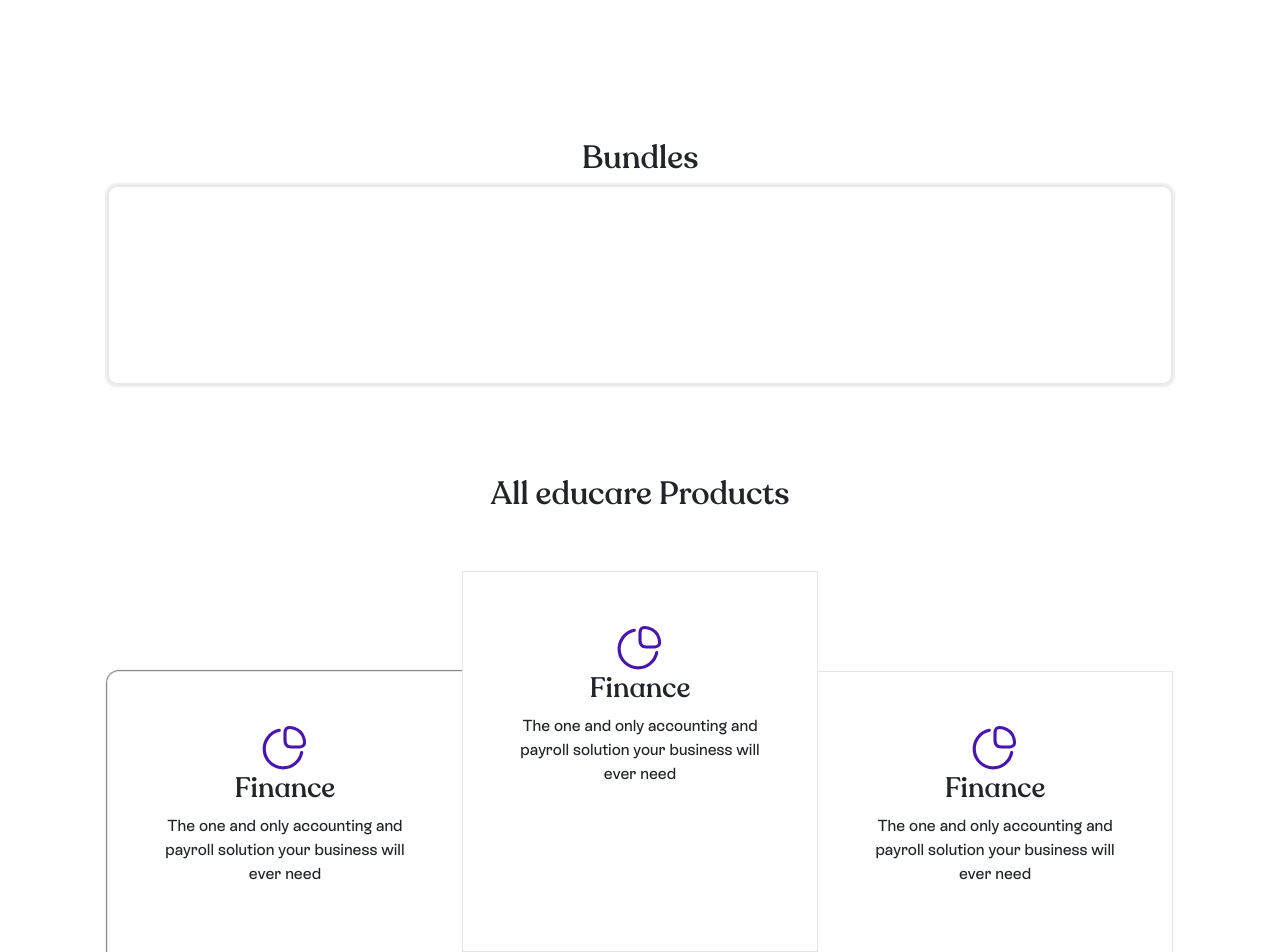
Repository: sarahnnanyelugo/educare-web
Page: /
These files come from the project's save history. The page is drawn as it stood at one moment and after the next save; the edit follows.
The browser window is 1280 px wide. The pictures show the part of the page from y = 2462 to 3414 px (the page is 3414 px tall).
The project was rebuilt for these pictures with package versions that can differ from the ones it lists, and the page was loaded fresh each time.

Above is the page before, as saved 2023-04-05 10:22:58.

### src/App.jsx
import React from "react";
import logo from "./logo.svg";
import "./App.scss";
import "bootstrap/dist/css/bootstrap.min.css";
import { BrowserRouter, Routes, Route, Link, Outlet } from "react-router-dom";
import NavBar from "./components/NavBar/NavBar";
import { Home } from "./pages/Home/Home";

function App() {
  return (
    <>
      {" "}
      <NavBar />
      <Routes>
        <Route path="/" element={<Home />} />
      </Routes>
    </>
  );
}

export default App;

### src/App.scss
@font-face {
  font-family: rebondG;
  src: url(./assets/fonts/Rebond_font/RebondG.otf);
}
@font-face {
  font-family: rebondG-Bold;
  src: url(./assets/fonts/Rebond_font/RebondG-Bold.otf);
}
@font-face {
  font-family: rebondG-Medium;
  src: url(./assets/fonts/Rebond_font/RebondGrotesqueMedium.otf);
}

@font-face {
  font-family: recoMedium;
  src: url(./assets/fonts/Recoleto-font/RecoletaAlt-Medium.ttf);
}

h1,
h2,
h3,
h4,
h5,
h6 {
  font-family: recoMedium;
}
p {
  font-family: rebondG-Medium;
}
@media screen and (min-width: 620px) {
  .flexy {
    display: flex;
  }
}

### src/components/NavBar/NavBar.tsx
import React from "react";
import Logo from "../../assets/images/educare-logo.png";
import { Link, NavLink } from "react-router-dom";
import "./_navbar.scss";

function NavBar() {
  return (
    <div className="navbar-container">
      <div className="logo-holder  ">
        {" "}
        <Link to={"/"}>
          {" "}
          <img className="   logo" src={Logo} alt="Scholar" />
        </Link>
      </div>
      <ul className=" list-inline list-unstyled nav-links-container">
        <li className="list-inline-item">
          <NavLink to={""} className="nav-links">
            Solutions{" "}
            <span>
              <i className="icofont-curved-down"></i>
            </span>
          </NavLink>
        </li>{" "}
        <li className="list-inline-item">
          <NavLink to={""} className="nav-links">
            Resources
          </NavLink>
        </li>{" "}
        <li className="list-inline-item">
          <NavLink to={""} className="nav-links">
            Pricing
          </NavLink>
        </li>{" "}
        <li className="list-inline-item">
          <NavLink to={""} className="nav-links">
            Support
          </NavLink>
        </li>
      </ul>
      <div className="nav-buttons">
        <button className="sign-in-button">Log in</button>
        <button className="get-started-button">Get Started</button>
      </div>
    </div>
  );
}

export default NavBar;

### src/pages/Home/Home.tsx
import React from "react";
import { RandomComponent } from "./RandomComponent/RandomComponent";
import "./_home.scss";
import RedIcon from "../../assets/images/red-dots.svg";
import BlueIcon from "../../assets/images/blue-dots.svg";
import YellowIcon from "../../assets/images/yellow-dots.svg";
import HalfCircle from "../../assets/images/half-circle.svg";
import People from "../../assets/images/people.svg";
import Mail from "../../assets/images/edit.svg";
import People2 from "../../assets/images/people2.svg";
import Pastoral from "../../assets/images/pastoral.svg";
import Chart from "../../assets/images/chart.svg";
import Screen from "../../assets/images/screen.svg";
import Classroom from "../../assets/images/read-book.svg";
import Features from "./Features/Features";
import EducareProducts from "./EducareProducts/EducareProducts";

export const Home = () => {
  return (
    <>
      <div className="col-md-12 modern-solutions-container">
        <center>
          <div className="col-md-6">
            <h1>Modern solution for your Business</h1>
            <p>
              Unlock Your Business’s Potential with Cutting-Edge Software
              Solutions Designed to Streamline Operations, Optimize Performance,
              and Drive Growth.
            </p>
            <button className="gs-button">Get started</button>
            <button className="request-button">Request for a demo</button>
          </div>
        </center>
      </div>
      <div className="col-md-12 actions-container">
        <div className="col-md-4">
          <div className="col-md-9">
            {" "}
            <RandomComponent
              title="Pick your tools"
              icon={RedIcon}
              paragraph=" Unlock Your Business Potential with Cutting-Edge Software  Solutions Designed to Streamline"
            />
          </div>
        </div>
        <div className="col-md-4">
          <div className="col-md-9">
            {" "}
            <RandomComponent
              title="work smart not hard"
              icon={YellowIcon}
              paragraph="Choose from our wide range of tools and select the ones that best fit Your business’s unique needs and goals.”"
            />
          </div>
        </div>
        <div className="col-md-4">
          <div className="col-md-9">
            {" "}
            <RandomComponent
              title="We’ve got your back"
              icon={BlueIcon}
              paragraph="You can count on our support and expertise every step of the way, so you can focus on your business’s growth and success."
            />
          </div>
        </div>
      </div>
      <div className="features-heading">
        <center>
          <h1>Featured Products</h1>
        </center>
      </div>
      <div
        className="col-md-12  flexy features-holder"
        style={{ paddingBottom: "150px" }}
      >
        <div className="col-md-1">&nbsp;</div>
        <div className="col-md-10  features-container flexy">
          <div className="col-md-6 first-container">
            <h3>educare for Business</h3>
            <p>
              Empower your team to work smarter, not harder, with our powerful
              software solution that simplifies complex tasks, frees up time,
              and drives business growth.
            </p>
            <button>Get Started</button>
          </div>
          <div className="col-md-6">
            <div className="col-md-12 flexy">
              {" "}
              <div className="col-md-6 right-features">
                <Features
                  feature="Finance"
                  detail="The one and only accounting and payroll solution your business will ever need"
                  icon={HalfCircle}
                />{" "}
              </div>{" "}
              <div className="col-md-6">
                <Features
                  feature="HR Manager"
                  detail="The one and only accounting and payroll solution your business will ever need"
                  icon={People2}
                />{" "}
              </div>
            </div>
            <div className="col-md-12 flexy second-grid">
              {" "}
              <div className="col-md-6 right-features">
                <Features
                  feature="MailBox"
                  detail="Simplify communication with our powerful mailbox"
                  icon={Mail}
                />{" "}
              </div>{" "}
              <div className="col-md-6">
                <Features
                  feature="Facility Management"
                  detail="Optimize your workforce with our staff management module."
                  icon={People}
                />{" "}
              </div>
            </div>
          </div>
        </div>
      </div>{" "}
      <div className="col-md-12  flexy features-holder2">
        <div className="col-md-1">&nbsp;</div>
        <div className="col-md-10  features-container flexy ">
          <div className="col-md-6 first-container">
            <h3>educare for Business</h3>
            <p>
              Empower your team to work smarter, not harder, with our powerful
              software solution that simplifies complex tasks, frees up time,
              and drives business growth.
            </p>
            <button>Get Started</button>
          </div>
          <div className="col-md-6">
            <div className="col-md-12 flexy">
              {" "}
              <div className="col-md-6 right-features">
                <Features
                  feature="Report"
                  detail="Generate detailed school reports with ease using our user-friendly report."
                  icon={Chart}
                />{" "}
              </div>{" "}
              <div className="col-md-6">
                <Features
                  feature="Pastoral"
                  detail="Enhance your institution’s pastoral care with our innovative software module"
                  icon={Pastoral}
                />{" "}
              </div>
            </div>
            <div className="col-md-12 flexy second-grid">
              {" "}
              <div className="col-md-6 right-features">
                <Features
                  feature="CBT"
                  detail="Revolutionize your testing process with our computer-based test module."
                  icon={Screen}
                />{" "}
              </div>{" "}
              <div className="col-md-6">
                <Features
                  feature="eClassroom"
                  detail="Streamline your HR tasks with our comprehensive HR manager."
                  icon={Classroom}
                />{" "}
              </div>
            </div>
          </div>
        </div>
      </div>
      <center className="mt">
        <h2>Bundles</h2>
      </center>
      <div className="col-md-12 bundles-container flexy">
        <div className="col-md-1">&nbsp;</div>
        <div className="col-md-10 bundles"></div>
      </div>
      <center className="mt9">
        <h2>All educare Products</h2>
      </center>
      <div className="col-md-12 flexy">
        <div className="col-md-1">&nbsp;</div>
        <div className="col-md-10  flexy products-container">
          <div className="col-md-4 first-product-column">
            <EducareProducts
              productName="Finance"
              productDetail="The one and only accounting and payroll solution your business will ever need"
              productIcon={HalfCircle}
            />
          </div>{" "}
          <div className="col-md-4 second-product-column">
            <EducareProducts
              productName="Finance"
              productDetail="The one and only accounting and payroll solution your business will ever need"
              productIcon={HalfCircle}
            />
          </div>
          <div className="col-md-4 third-product-column">
            <EducareProducts
              productName="Finance"
              productDetail="The one and only accounting and payroll solution your business will ever need"
              productIcon={HalfCircle}
            />
          </div>
        </div>
      </div>
    </>
  );
};

### src/components/NavBar/_navbar.scss
@import "../../variables";
@import "../../shared-styles";

.navbar-container {
  background: inherit;
  padding: 5px 80px;
  display: flex;

  .logo-holder {
    flex-grow: 1;
  }
  .nav-links-container {
    flex-grow: 1;
    margin-top: 20px;
    .nav-links {
      margin: 20px;
      color: #6f6f71;
      text-decoration: none;
      font-family: rebondG-Bold;
    }
    li {
      padding: 3px 0px;
      border-radius: 35px;
      transition: 0.5s ease;
      &:hover {
        background: rgb(224, 222, 222) !important;

        border: solid 1px grey;
      }
    }
  }
  .nav-buttons {
    .get-started-button {
      @include get-started-button;
      margin-left: 10px;
      margin-top: 20px;
    }
    .sign-in-button {
      @include login-or-signup-button;
      margin-top: 20px;
    }
  }
}

### src/pages/Home/RandomComponent/RandomComponent.tsx
import React from "react";
import "./_random-component.scss";
export interface RandomComponentProps {
  title: string;
  paragraph: string;
  icon: string;
}
export const RandomComponent = (props: RandomComponentProps) => {
  return (
    <div className="col-md-12 random-container">
      <div className="heading">
        {" "}
        <img className="" src={props.icon} alt="Scholar" width="100%" />
        <h3>{props.title}</h3>
      </div>
      <p>{props.paragraph}</p>
    </div>
  );
};

### src/pages/Home/_home.scss
@import "../../variables";
@import "../../shared-styles";

.modern-solutions-container {
  padding-top: 80px;
  padding-bottom: 150px;
  background: rgb(240, 240, 240);
  background: linear-gradient(
    0deg,
    rgba(240, 240, 240, 1) 51%,
    rgba(255, 255, 255, 1) 67%
  );

  h1 {
    font-family: recoMedium;
  }
  p {
    font-family: rebondG-Medium;
    font-size: 20px;
    margin-top: 15px;
  }
  .gs-button {
    @include get-started-button;
  }
  .request-button {
    @include login-or-signup-button;
    margin-left: 5px;
  }
}
.actions-container {
  background: $lightblue;
  height: fit-content;
  display: flex;
  padding: 80px 100px;
}
.features-heading {
  margin-top: 170px;
  margin-bottom: 90px;
}
.features-container {
  border: solid 2px rgb(234, 232, 232);
  box-shadow: 0 0 2px 2px rgb(238, 235, 235);
  border-radius: 10px !important;
  height: fit-content;
  // margin-top: 20px;
  padding-bottom: 5px;
  padding-top: 5px;
  background: #fff;
  .first-container {
    padding-right: 130px;
    background: #fff;
    padding-left: 30px;
    border-right: solid 1px rgb(206, 205, 205);
    h3 {
      margin-top: 150px;
    }
    p {
      font-size: 19px;
      line-height: 23px;
    }
    button {
      @include get-started-button;
      margin-bottom: 120px;
    }
  }
  .second-grid {
    border-top: solid 1px rgb(231, 228, 228);
    // box-shadow: 0 0 1px 1px rgb(238, 235, 235);
  }
  .right-features {
    // box-shadow: 0 0 1px 1px rgb(238, 235, 235);
    border-right: solid 1px rgb(231, 228, 228);
  }
}
.features-holder {
  background: rgb(240, 240, 240);
  background: linear-gradient(
    0deg,
    rgba(240, 240, 240, 1) 51%,
    rgba(255, 255, 255, 1) 67%
  );
}
.features-holder2 {
  background: rgb(255, 255, 255);
  background: linear-gradient(
    0deg,
    rgba(255, 255, 255, 1) 31%,
    rgba(240, 240, 240, 1) 36%,
    rgba(255, 255, 255, 1) 80%
  );
  padding-bottom: 150px;
}
.bundles {
  border: solid 2px rgb(234, 232, 232);
  box-shadow: 0 0 2px 2px rgb(238, 235, 235);
  border-radius: 10px !important;
  height: 200px;
  // margin-top: 20px;
  padding-bottom: 5px;
  padding-top: 5px;
}
.products-container {
  .first-product-column {
    padding: 50px 40px;
    background: #ffff;
    border-top: solid 1px rgb(233, 229, 229);
    border-left: solid 1px rgb(233, 229, 229);
    margin-top: 150px;
    border-top-left-radius: 12px;
    box-shadow: 0 0 1px 1px grey;
  }
  .second-product-column {
    padding: 50px 40px;
    background: #ffff;
    border: solid 1px rgb(233, 229, 229);

    margin-top: 50px;
  }
  .third-product-column {
    padding: 50px 40px;
    background: #ffff;
    border-top: solid 1px rgb(233, 229, 229);
    border-right: solid 1px rgb(233, 229, 229);
    margin-top: 150px;
  }
}

### src/pages/Home/Features/Features.tsx
import React from "react";
import "./_features.scss";
export interface featuresProps {
  feature: string;
  detail: string;
  icon: string;
}
export const Features = (props: featuresProps) => {
  return (
    <>
      <div className="col-md-12 features">
        <img className="" src={props.icon} alt="Scholar" />
        <h5>{props.feature}</h5>
        <p>{props.detail}</p>
        <button>Sign up now</button>
      </div>
    </>
  );
};

export default Features;

### src/pages/Home/EducareProducts/EducareProducts.tsx
import React from "react";
import './educare-products.scss'
export interface ProductComponentProps {
  productName: string;
  productDetail: string;
  productIcon: string;
}
export const EducareProducts = (props: ProductComponentProps) => {
  return (
    <>
      <div className="col-md-12 educare-products">
        <center>
          <img
            className=""
            src={props.productIcon}
            alt="Scholar"
            width="100%"
          />
          <h3>{props.productName}</h3>
          <p>{props.productDetail}</p>
        </center>
      </div>
    </>
  );
};

export default EducareProducts;

### src/_variables.scss
$blue: #0098da;
$lightblue: #e1f2fa;

@mixin get-started-button {
  background-color: $blue;
  color: #fff;
  border-radius: 35px;
  border: none;
  padding: 8px 22px;
  font-size: 14px;
  font-family: rebondG;
  &:hover {
    background: #005b83;
    transition: 0.5s ease;
  }
}
@mixin login-or-signup-button {
  baclground: #fff;
  color: black;
  border-radius: 20px;
  padding: 5px 15px;
  font-size: 12px;
  border: none;
  border: solid 2px rgb(230, 225, 225);
  font-family: rebondG;
  &:hover {
    background: grey;
    transition: 0.5s ease;
  }
}

### src/_shared-styles.scss
.mt1 {
  margin-top: 10px;
}
.mt2 {
  margin-top: 20px;
}
.mt3 {
  margin-top: 30px;
}
.mt4 {
  margin-top: 40px;
}
.mt5 {
  margin-top: 50px;
}
.mt6 {
  margin-top: 60px;
}
.mt7 {
  margin-top: 70px;
}
.mt8 {
  margin-top: 80px;
}
.mt9 {
  margin-top: 90px;
}

### src/pages/Home/RandomComponent/_random-component.scss
.random-container {
  img {
    width: 20px;
    // margin-right: 10px;
  }
  .heading {
    display: flex;
    h3 {
      font-family: recoMedium;
      margin-left: 10px;
    }
  }
  p {
    font-family: rebondG-Medium;
    margin-left: 30px;
    font-size: 17px;
  }
}

### src/pages/Home/Features/_features.scss
@import "../../../variables";
@import "../../../shared-styles";

.features {
  padding-left: 30px;
  height: fit-content;
  padding-bottom: 20px;
  background: #fff;
  img {
    height: 60px;
    margin-left: 0 !important;
    margin-top: 30px;
    margin-bottom: 20px;
  }
  button {
    @include login-or-signup-button;
    // margin-bottom: 50px;
  }
  p {
    font-size: 14px;
  }
}

### src/pages/Home/EducareProducts/educare-products.scss
.educare-products {
  img {
    height: 50px;
  }
}

Loaded but not shown: public/index.html (common file); src/index.tsx (common file); src/index.css (common file); src/reportWebVitals.ts (common file)

After the next save:
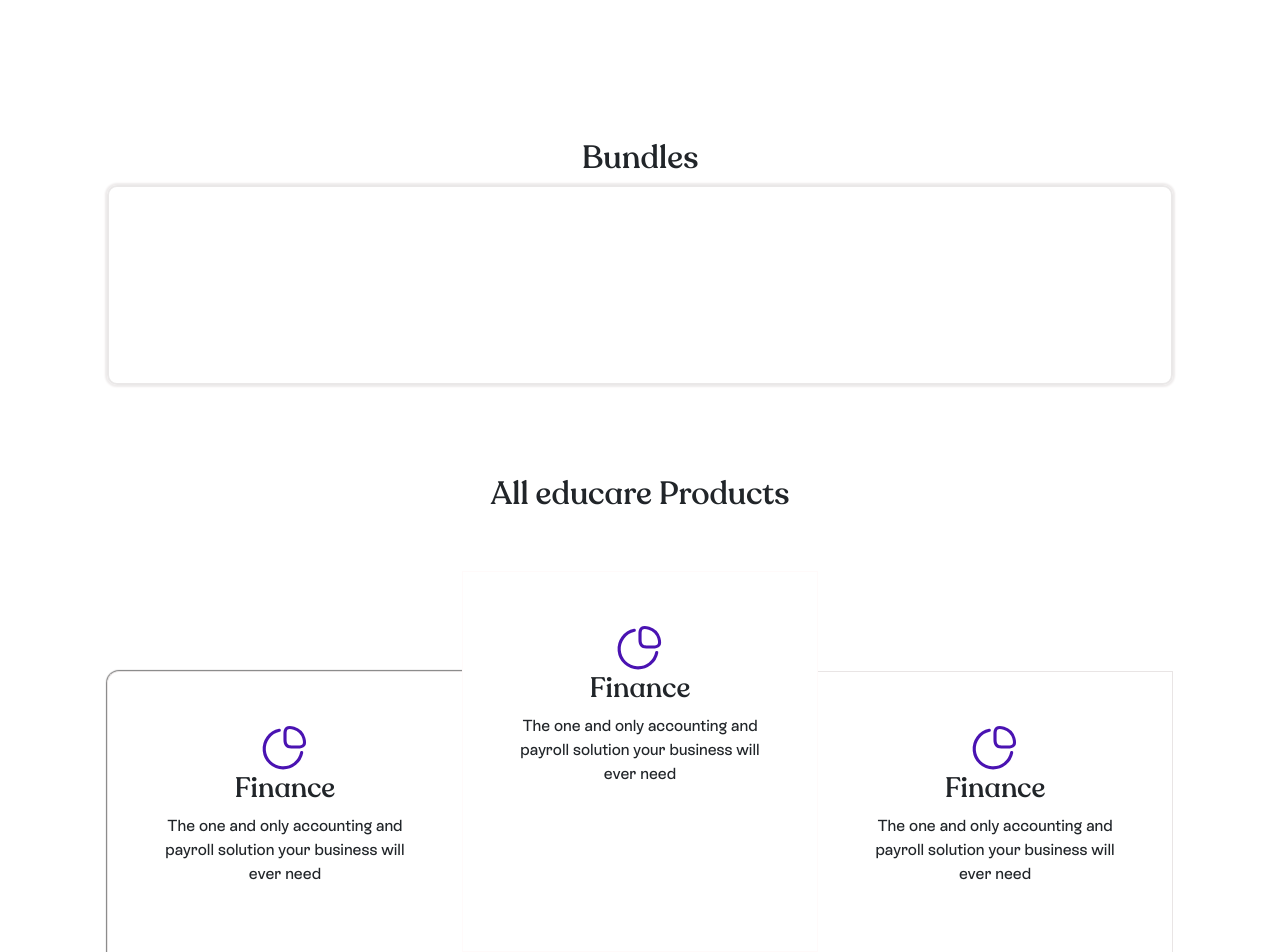
Saved 23 s later.
--- a/src/pages/Home/_home.scss
+++ b/src/pages/Home/_home.scss
@@ -112,7 +112,7 @@
   .second-product-column {
     padding: 50px 40px;
     background: #ffff;
-    border: solid 1px rgb(233, 229, 229);
+    border: solid 1px rgb(255, 250, 250);
 
     margin-top: 50px;
   }
